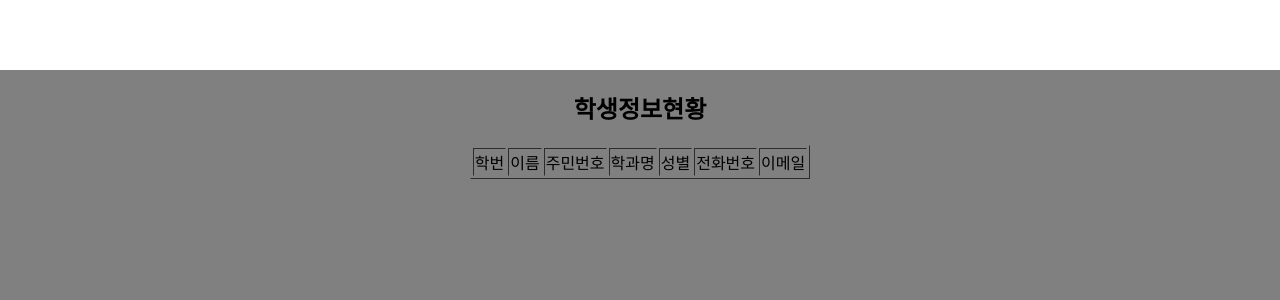
Repository: wjdwlgns1101/school_hrd
Page: http://localhost/school_30111/slist.jsp
An editor plug-in stored every save of this project. The page is shown before and after the next save, followed by the edit.
The browser window is 1280 px wide. The pictures show the whole page.
The page is served by Tomcat 9. Queries for data that is not in the repository find no rows.

Above is the page before, as saved 2024-04-29 08:16:32.

### hrd_30111_school2 완성/school_30111/src/main/webapp/slist.jsp
<%@ include file="db.jsp" %>
<%@page import="javax.naming.spi.DirStateFactory.Result"%>
<%@page import="java.sql.PreparedStatement"%>
<%@ page language="java" contentType="text/html; charset=EUC-KR"
    pageEncoding="EUC-KR"%>
<!DOCTYPE html>
<html>
<head>
<meta charset="EUC-KR">
<title>Insert title here</title>
</head>
<body>
<section style="position: fixed; background-color: gray; width: 100%; top: 70px; height: 100%; left: 0;">
	<h2 style="text-align: center;"><b>학생정보현황</b></h2>

	<form action="i_action.jsp" style="display: flex; align-items: center; justify-content: center; text-align: center;">
	<table border="1">
		<tr>
			<td> 학번 </td>
			<td> 이름 </td>
			<td> 주민번호 </td>
			<td> 학과명 </td>
			<td> 성별 </td>
			<td> 전화번호 </td>
			<td> 이메일 </td>
		</tr>

	<%
	request.setCharacterEncoding("UTF-8");
	try{
		String sql="SELECT stuid, sname, jumin, dept_name, phone, email "+
						"FROM TBL_STUDENT_202210 ";

		PreparedStatement pstmt = conn.prepareStatement(sql);
		ResultSet rs = pstmt.executeQuery();
		while(rs.next()){
			String jumin = rs.getString(3);

			String jm = jumin.substring(0,6) + "-" + jumin.substring(6,13);

			String gener = jumin.substring(6,7);
			if(gener.equals(3)){
				gener = "남";
			}else{
				gener= "여";
			}

	%>
		<tr>
			<td><%=rs.getString(1) %></td>
			<td><%=rs.getString(2) %></td>
			<td><%=rs.getString(3) %></td>
		</tr>

<%

		}
	}catch(Exception e){
		e.printStackTrace();
	}

	%>
	</table>

	</form>

</section>


</body>
</html>

### hrd_30111_school2 완성/school_30111/src/main/webapp/db.jsp
<%@ page import="java.sql.*" %>
<%@ page language="java" contentType="text/html; charset=EUC-KR"
    pageEncoding="EUC-KR"%>
<%
Class.forName("oracle.jdbc.OracleDriver");
Connection conn = DriverManager.getConnection("jdbc:oracle:thin:@//localhost:1521/xe","system", "1234");
%>

### hrd_30111_school2 완성/school_30111/src/main/webapp/header.jsp
<%@ page language="java" contentType="text/html; charset=EUC-KR"
    pageEncoding="EUC-KR"%>
<!DOCTYPE html>
<html>
<head>
<meta charset="EUC-KR">
<title>Insert title here</title>
</head>
<body>
<header style="position:fixed; width: 100%; top:0; height:40px; left:0; background: orange; text-align: center; line-height: 40px; font-size: 20px">
	<b> (과정평가형 정보처리산업기사) 학생 성적처리 프로그램 ver 2022-10 </b>
</header>
<nav style=" position:fixed; width: 100%; padding-left:20px; top: 40px; line-height:30px; left:0;  background: pink;">
	<a href="slist.jsp">학생현황</a> &nbsp;&nbsp;
	<a href="#">성적입력</a> &nbsp;&nbsp;
	<a href="#">성적현황</a> &nbsp;&nbsp;
	<a href="#">과목별성적 조회</a> &nbsp;&nbsp;
	<a href="index.jsp">홈으로</a>
</nav>

</body>
</html>

After the next save:
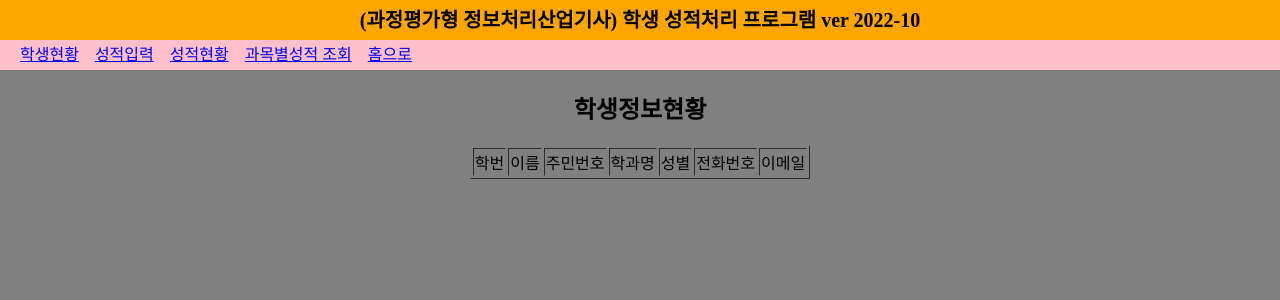
Saved 15 s later.
--- a/hrd_30111_school2 완성/school_30111/src/main/webapp/slist.jsp
+++ b/hrd_30111_school2 완성/school_30111/src/main/webapp/slist.jsp
@@ -10,6 +10,7 @@
 <title>Insert title here</title>
 </head>
 <body>
+<jsp:include page="header.jsp"></jsp:include>
 <section style="position: fixed; background-color: gray; width: 100%; top: 70px; height: 100%; left: 0;">
 	<h2 style="text-align: center;"><b>학생정보현황</b></h2>
 
